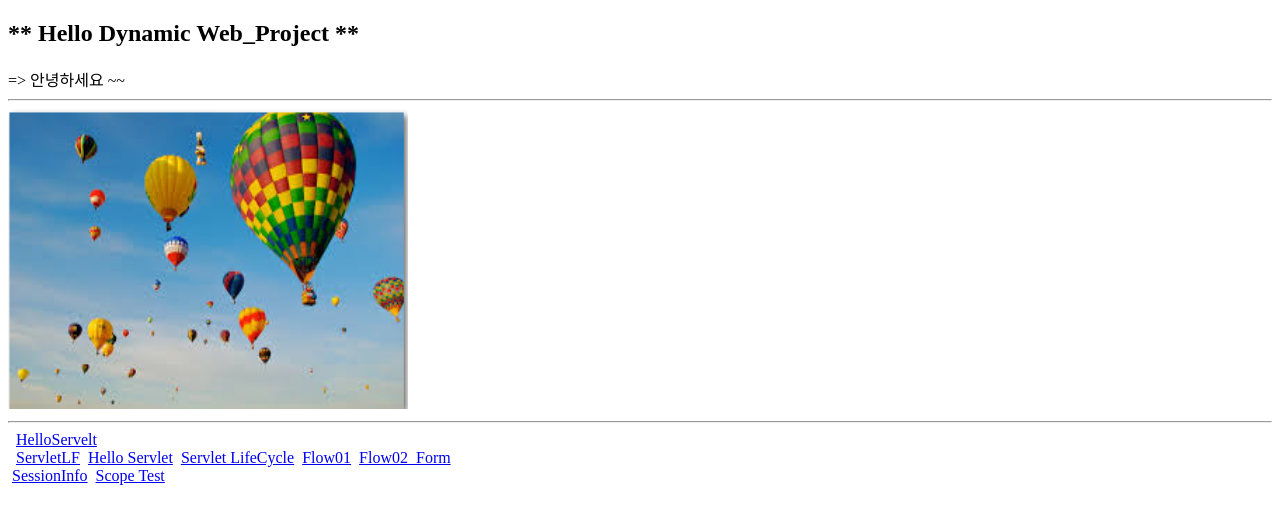
Repository: nameground/Java
Page: http://localhost/Web01/
An editor plug-in stored every save of this project. The page is shown before and after the next save, followed by the edit.
The browser window is 1280 px wide. The pictures show the whole page.
The page is served by Tomcat 9. Nobody is signed in. The application's start-up code is not run.

Above is the page before, as saved 2023-10-12 01:46:58.

After the next save:
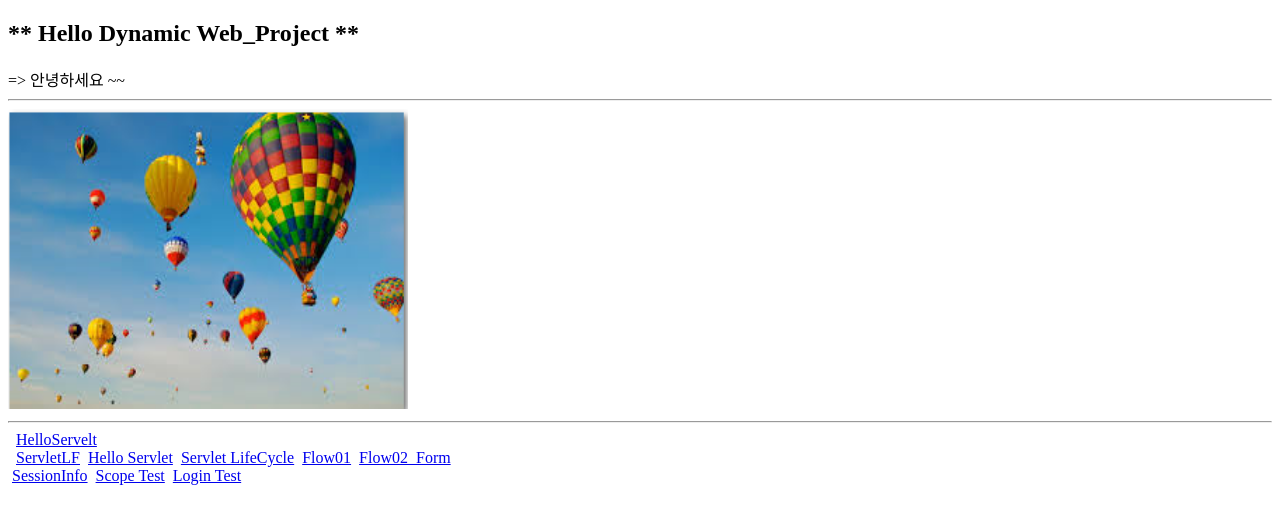
Saved 87 s later.
--- a/mTest/Mywork/Web01/src/main/webapp/index.jsp
+++ b/mTest/Mywork/Web01/src/main/webapp/index.jsp
@@ -20,5 +20,6 @@
 &nbsp;<a href="/Web01/servletTestForm/flow02_TestForm.jsp">Flow02_Form</a><br>
 &nbsp;<a href="/Web01/sessioni">SessionInfo</a>
 &nbsp;<a href="/Web01/01set">Scope Test</a>
+&nbsp;<a href="/Web01/login">Login Test</a>
 </body>
 </html>
